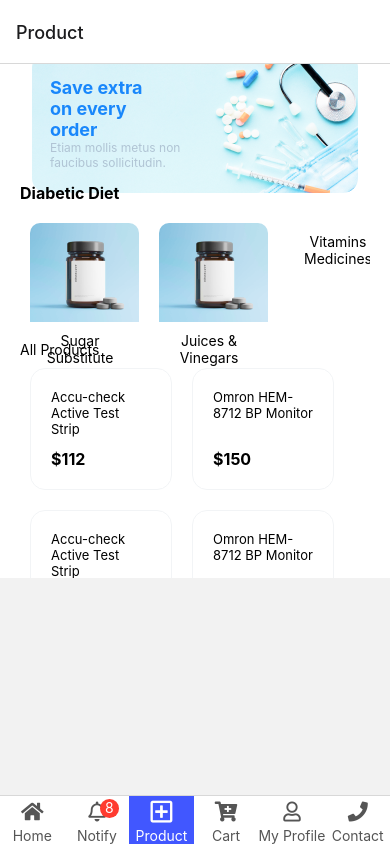
Repository: ntu34543/designReactNative
Screen: /Product
The author's editor kept a copy of each file at every save. The screen is drawn from the files as they stood at one save, then again after the next save.
Pictures or frames that could not be fetched are drawn as grey boxes. An inner scrolling area shows only its first screen. The app was drawn by React Native's web renderer in a window 390 px wide. The project was rebuilt for these pictures with package versions that can differ from the ones it lists, and the page was loaded fresh each time. Some packages were replaced by stand-ins written for this rebuild. Also part of the build but not shown: page/Profile.js, page/Notify.js, page/Cart.js, environments.ts, page/Contact.js.

Above is the screen before, as saved 2022-11-07 21:45:41.

After the next save:
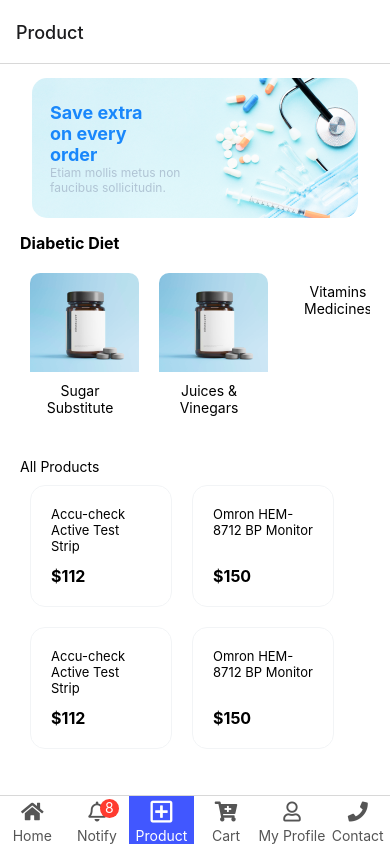
Saved 36 s later.
--- a/page/DiabetesCare.js
+++ b/page/DiabetesCare.js
@@ -26,15 +26,11 @@ export default function DiabetesCare({ navigation }) {
   };
 
   return (
-    <SafeAreaView>
-      <ScrollView>
-        <View style={styles.body}>
-          <Banner />
-          <TopProduct />
-          <Product />
-        </View>
-      </ScrollView>
-    </SafeAreaView>
+    <View style={styles.body}>
+      <Banner />
+      <TopProduct />
+      <Product />
+    </View>
   );
 }
 
